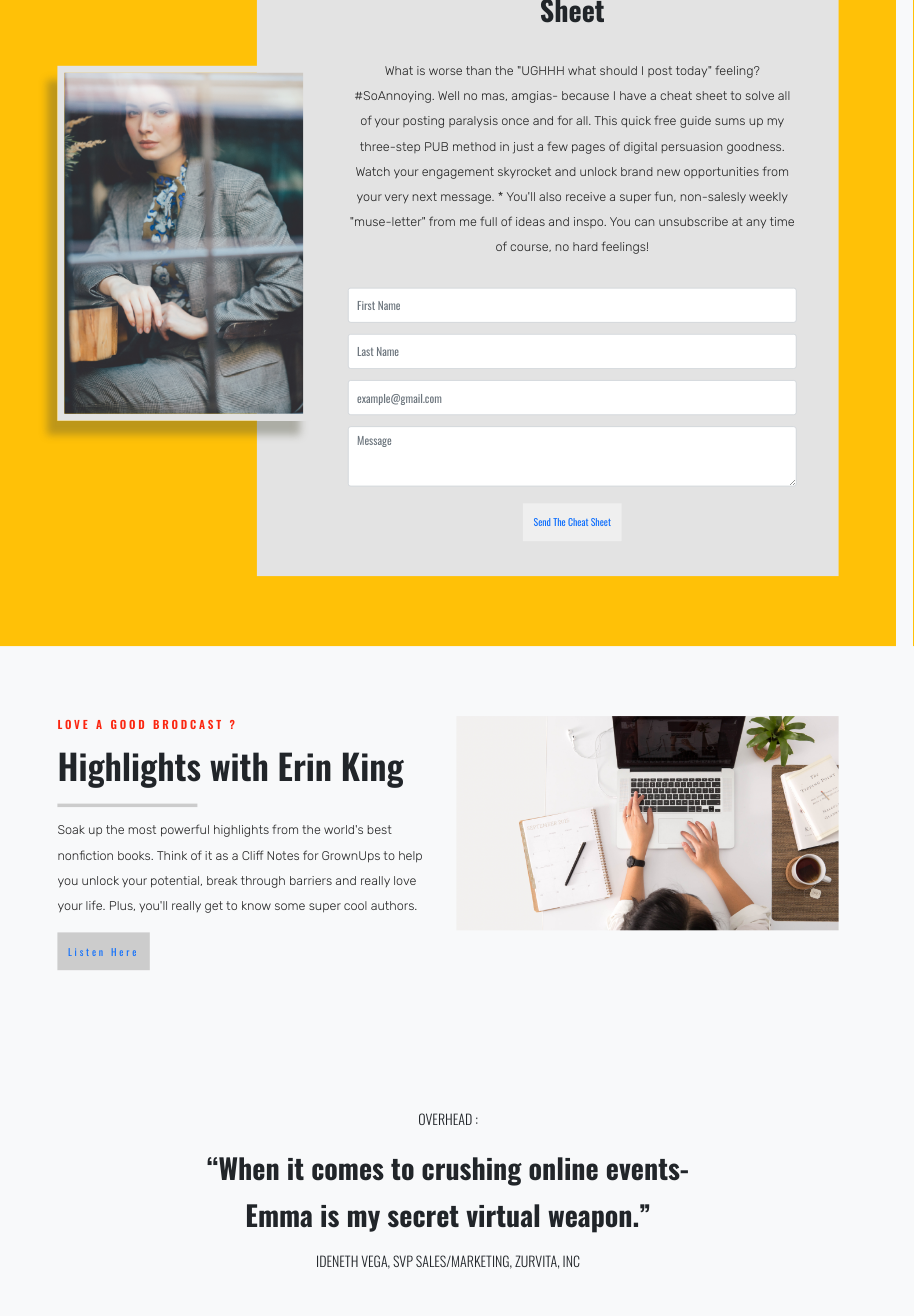
Repository: poroshrahman40/emma-watson-portfolio
Page: index.html
The author's editor kept a copy of each file at every save. The page is drawn from the files as they stood at one save, then again after the next save.
The browser window is 1280 px wide. The page is 1305 px wide, so the pictures cover 1305 px, including what lies to the right of the window. The pictures show the part of the page from y = 4620 to 6500 px (the page is 6536 px tall before and 6553 px after), at 70% of full size.
Some web fonts or font styles are not loaded; a fallback is used.

Above is the page before, as saved 2021-12-08 02:12:01.

### index.html

<!DOCTYPE html>
<html lang="en">
    <head>

        <meta charset="UTF-8">
        <meta name="viewport" content="width=device-width, initial-scale=1, shrink-to-fit=no">
        <title>Document</title>

        <!-- favicon -->
        <link rel="shortcut icon" type="image/hair-specialist-fav-icon" href="#">
        <!-- animate.min - css -->
        <link rel="stylesheet" href="assets/css/animate.css">
        <!-- animate - css -->
        <link rel="stylesheet" href="assets/css/animate.min.css">
        <!-- owl.carousel.min - css -->
        <link rel="stylesheet" href="assets/css/owl.carousel.min.css">
        <!-- owl.theme.default.min - css -->
        <link rel="stylesheet" href="assets/css/owl.theme.default.min.css">
        <!-- font-awesome all.css -->
        <link rel="stylesheet" href="assets/css/fontawesome-all.css">
        <!-- boxicons.css -->
        <link rel='stylesheet' href="assets/css/boxicons.min.css">
        <link href='https://unpkg.com/boxicons@2.1.1/css/boxicons.min.css' rel='stylesheet'>
        <!-- bootstrap.min - css -->
        <link rel="stylesheet" href="assets/css/bootstrap.min.css">
        <!-- silk-css -->
        <link rel="stylesheet" href="assets/css/slick.css">
        <!-- slick-theme.css -->
        <link rel="stylesheet" href="assets/css/slick-theme.css">
        <!-- main - css -->
        <link rel="stylesheet" href="assets/css/style.css">
        <!-- responsive - css -->
        <link rel="stylesheet" href="assets/css/responsive.css">

    </head>

    <body>
    <!-- preloader start -->
    <!-- <div id="preloader"></div> -->
    <!-- preloader end -->

    <!-- header -start
    ================================== -->
    <header class="ew-main">
        <div class="ew__main__content">
            <div class="ew__nav">
                <div class="ew__logo__div">
                    <a href="https://ow-en.com" title="" class="nav__link ew__snlogo">
                    <img class="logo w-100" src="assets/image/logo-gif.gif" alt="logo-not-found"></a>
                </div>
                <div class="container">
                    <div class="mobile__toggle" ontouchstart="">
                        <div class="mobile__toggle__container">
                            <div class="mobile__open">
                            </div>
                            <div class="mobile__close"></div>
                        </div>
                    </div>
                    <div id="mob__menu" class="nav__mobile__container nav__mobile__container__default">
                        <div class="container-fluid">
                            <div class="row center">
                                <div class="col col__sm">
                                    <ul class="nav__list">
                                        <li class="nav__list-1">
                                            <a class="nav__link nav__link__selected nav__list__link" href="#">Home</a>
                                        </li>
                                        <li class="nav__list-2">
                                            <a class="nav__link nav__list__link" href="#">Books</a>
                                        </li>
                                        <li class="nav__list-3">
                                            <a class="nav__link nav__list__link" href="#">Info.</a>
                                        </li>
                                        <li class="nav__list-4">
                                            <a class="nav__link nav__list__link" href="#">Course</a>
                                            <!-- nav__link__selected -->
                                        </li>
                                    </ul>
                                </div>
                                <div class="col col__sm">
                                    <ul class="nav__list nav__list__rightaligned">
                                        <li class="nav__list-5">
                                            <a class="nav__link nav__list__link" href="#">Keyword</a>
                                        </li>
                                        <li class="nav__list-6">
                                            <a class="nav__link nav__list__link" href="#">Brodcast</a>
                                        </li>
                                        <li class="nav__list-7">
                                            <a class="nav__link nav__list__link" href="#">Contact</a>
                                        </li>
                                        <li class="nav__list-8">
                                            <a class="nav__link nav__list__link" href="#">Blog</a>
                                        </li>
                                    </ul>
                                </div>
                            </div>
                        </div>
                    </div>
                </div>
            </div>
            <!-- <div class="content">
                <h1>A very simple responsive menu with the logo in the middle</h1>
              <h2>Feel free to use this menu however you'd like. No need to give credit. However, please <strong><a href="https://ow-en.com">consider hiring me :)</strong></h2>
            </div> -->
        </div>
    </header>
    <!-- Banner section - start
    ================================ -->


        <div id="ew-banner" class="ew-banner">
            <div class="container">
                <div class="row">
                    <div class="col-lg-12 offset-1">
                        <div class="ew-hero-image">
                            <img src="assets/image/hero-image.png" alt="hero-image">
                        </div>
                        <div class="ew-hero-right-content">
                            <span> Hey,There</span>
                            <h4>Lorem ipsum, dolor sit amet consectetur adipisicing elit. Similique, aut.</h4>
                            <div class="ew-link d-flex mt-4">
                                <i class='bx bx-link fa-2x me-2'></i><a href="#"><p>See my motivational speach.You're Kind of a Big Deal: Level Up by Unlocking Your Audacity.</p></a>
                            </div>
                            <div class="ew-link d-flex">
                                <i class='bx bx-link fa-2x me-2'></i><a href="#"><p>See my motivational speach.You're Kind of a Big Deal: Level Up by Unlocking Your Audacity.</p></a>
                            </div>
                            <div class="ew-link d-flex mb-4">
                                <i class='bx bx-link fa-2x me-2'></i><a href="#"><p>See my motivational speach.You're Kind of a Big Deal: Level Up by Unlocking Your Audacity.</p></a>
                            </div>
                            <div class="ew-hero-right-btn">
                                <a href="#">See More About Me</a>
                            </div>
                        </div>
                    </div>
                </div>
            </div>
        </div>


<!-- Banner section - End
================================ -->

<!-- virtual-presentations - start
======================================== -->
    <section id="ew-virtual-presentation">
        <div class="container-fuild">
            <div class="row">
                <div class="col-lg-12 text-center">
                    <div class="ew-vairtul-content">
                        <h2 class="mb-40">Live and Virtual Presentations <br> That Rock </h2>
                        <p class="">Whether we're talking about the pulsing energy of a packed convention center or a virtual gathering, Erin will delight and wow your attendees with one of her two signature keynotes:&nbsp;<br><br>SALES/LEADERSHIP: Digital Persuasion- Ignite Your Influence&nbsp;<br>SUCCESS MINDSET: Big Deal Energy- Unlock Your Audacity&nbsp;<br><br>Both high-energy, motivational and story-packed with a clear takeaway method to be applied for immediate impact and tangible results.&nbsp;<br></p>
                        <div class="ew-virtual-btn mb-4">
                            <button><a href="#">View Emma's Fun Sizzel Reel</a></button>
                        </div>
                        <div class="ew-virtual-btn">
                            <button><a href="#">View Emma watson's RAW just The steak Speaking Reel</a></button>
                        </div>

                    </div>
                </div>
            </div>
        </div>
    </section>

<!-- virtual-presentations - End
========================================== -->

<!-- virtual keynotes - start
======================================== -->

<section id="ew-virtual-keynotes">
    <div class="container">
        <div class="row">
            <div class="col-lg-6">
                <div class="ew-virtual-vedio">
                    <img src="assets/image/keynotes-image.png" alt="keynotes-image">
                    <div class="keynotes-overlay ew-icon-position">
                        <a href="#"><i class='bx bx-play fa-2x' style='color:#e0e0e0'></i></a>
                    </div>
                </div>
            </div>
            <div class="col-lg-6 d-flex align-items-center">
                <div class="ew-keynotes-content ew-cm-span">
                    <span>Lorem ipsum dolor sit amet</span>
                    <h1>Lorem ipsum dolor sit amet consectetur Lorem ipsum dolor sit amet consectetur.</h1>
                    <p>Whether we're talking about your executive leadership team, your sales force, your internal marketing mavens or your entire organization- let's energize and inspire them to show up big. Because, let's be real, we all need to up our game these days to not just survive, but THRIVE.</p>
                    <button class="ew-keynotes-btn">
                        <a href="#">Describe More Now</a>
                    </button>
                </div>
            </div>
        </div>
    </div>
</section>

<!-- virtual keynotes - End
======================================== -->

<!-- Treat yourself - Start
======================================= -->
<section id="ew-treat-yourself">
    <div class="container">
        <div class="ew-img-row">
            <div class="row">
                <div class="col-lg-4 col-md-4 col-sm-12">
                    <img src="assets/image/treat-yourself.png" alt="treat-image">
                </div>
                <div class="col-lg-4 col-md-4 col-sm-12">
                    <img src="assets/image/treat-yourself-2.png" alt="treat-image">
                </div>
                <div class="col-lg-4 col-md-4 col-sm-12">
                    <img src="assets/image/treat-yourself-3.png" alt="treat-image">
                </div>
            </div>
        </div>
    </div>
    <div class="container-fuild">
        <div class="ew-treat-content">
            <div class="row">
                <div class="col-lg-12 text-center">
                    <div class="ew-treat-details">
                        <span>Lorem ipsum dolor sit amet consectetur <br> adipisicing elit. Nulla.</span>
                        <h1 class="mb-40">YES, TAKE ME FOR A SPA DAY <br> Treat Yourself to The Social Media Spa</h1>
                        <p class="se-t sie-spa_4-text st-m-paragraph st-d-paragraph se-rc">If you're a direct seller, entrepreneur or a professional looking to use social media more strategically, get ready to clarify your brand, detox your approach and refresh your messaging for massive impact. Never "not know what to type".If you're a direct seller, entrepreneur or a professional looking to use social media more strategically, get ready to clarify your brand, detox your approach and refresh your messaging for massive impact. Never "not know what to type" <i>ever</i> again.&nbsp;</p>
                        <div class="ew-treat-btn mb-4">
                            <button><a href="#">View Emma's Fun Sizzel Reel</a></button>
                        </div>
                    </div>
                </div>
            </div>
        </div>
    </div>
</section>


<!-- Treat yourself - End
========================================= -->
<!-- Cheat Sheet - start
======================================== -->

<section id="ew-get-cheat-sheet">
    <div class="container">
        <div class="row">
            <div class="col-lg-3 d-flex align-items-center justify-content-end">
                <div class="ew-cheat-sheet-image">
                    <img src="assets/image/cheet-seet-side-image.png" alt="image-not-found">
                </div>
            </div>
            <div class="col-lg-9 text-center">
                <div class="ew-cheat-sheet-card">
                    <div class="ew-offer-title mb-40">
                        <h1>Get Your Free "Perfect Post" Cheat Sheet</h1>
                    </div>
                    <p>What is worse than the "UGHHH what should I post today" feeling? #SoAnnoying. Well no mas, amgias- because I have a cheat sheet to solve all of your posting paralysis once and for all. This quick free guide sums up my three-step PUB method in just a few pages of digital persuasion goodness.
Watch your engagement skyrocket and unlock brand new opportunities from your very next message.
* You'll also receive a super fun, non-salesly weekly "muse-letter" from me full of ideas and inspo. You can unsubscribe at any time of course, no hard feelings! </p>

                    <div class="ew-cheet-seet-form text-start mt-40">
                        <div class="mb-3">
                            <!-- <label for="exampleFormControlInput1" class="form-label">First Name</label> -->
                            <input type="name" class="form-control" id="exampleFormControlInput1" placeholder="First Name">
                        </div>
                        <div class="mb-3">
                            <!-- <label for="exampleFormControlInput1" class="form-label">Last Name</label> -->
                            <input type="name" class="form-control" id="exampleFormControlInput1" placeholder="Last Name">
                        </div>
                        <div class="mb-3">
                            <!-- <label for="exampleFormControlInput1" class="form-label">Last Name</label> -->
                            <input type="email" class="form-control" id="exampleFormControlInput1" placeholder="example@gmail.com">
                        </div>
                        <div class="mb-3">
                            <!-- <label for="exampleFormControlTextarea1" class="form-label">Example textarea</label> -->
                            <textarea type="text" class="form-control" id="exampleFormControlTextarea1" placeholder="Message" rows="3"></textarea>
                        </div>
                        <div class="mt-4 text-center">
                            <button class="ew-cheat-sheet-btn">
                                <a href="#">Send The Cheat Sheet</a>
                            </button>
                        </div>
                    </div>
                </div>
            </div>
        </div>
    </div>

</section>

<!-- Cheat Sheet - end
======================================== -->
<!-- Good Podcast - Start
====================================== -->
<section>
    <div class="container">
        <div class="row">
            <div class="col-lg-6 col-md-6 col-sm-12">
                <div class="ew-podcast-content ew-cm-span">
                    <span>Love a good Brodcast ?</span>
                    <h1>Highlights with Erin King</h1>
                    <p>Soak up the most powerful highlights from the world's best nonfiction books. Think of it as a Cliff Notes for GrownUps to help you unlock your potential, break through barriers and really love your life. Plus, you'll really get to know some super cool authors. </p>
                </div>
                <button class="ew-podcast-btn">
                    <a href="#">Listen Here</a>
                </button>
            </div>
            <div class="col-lg-6 col-md-6 col-sm-12">
                <img src="assets/image/highlight-image.png" alt="highlight-image">
            </div>
        </div>
    </div>
</section>


<!-- Good Podcast - End
====================================== -->

<!-- Simple quotes - Start
====================================== -->
<section id="ew-quotes">
    <div class="container">
        <div class="col-lg-12">
            <div class="ew-quotes-items text-center justify-content-center">
                <span>overhead :</span>
                <h1>“When it comes to crushing online events-
                    Emma is my secret virtual weapon.”</h1>
                <span>IDENETH VEGA, SVP SALES/MARKETING, ZURVITA, INC</span>
            </div>
        </div>
    </div>
</section>

<!-- Simple quotes - End
====================================== -->

    <!-- footer section - Start
    ============================== -->




    <!-- Footer section - End
    ============================= -->



    <!-- jquery-3.5.0.min - js -->
    <script src="assets/js/jquery-3.5.0.min.js"></script>
    <!-- .magnific-popup -->
    <script src="assets/js/jquery.magnific-popup.min.js"></script>
    <!-- bootstrap.min - js -->
    <script src="assets/js/bootstrap.min.js"></script>
    <!-- bootstrap - bundle min.js -->
    <script src="assets/js/bootstrap.bundle.min.js"></script>
    <!-- bootstrap - bundl.js -->
    <script src="assets/js/bootstrap.bundle.js"></script>
    <!-- boxicons - js -->
    <script src="assets/js/boxicons.js"></script>
    <!-- popper.min - js -->
    <script src="assets/js/popper.min.js"></script>
    <!-- owl.carousel.min - js -->
    <script src="assets/js/owl.carousel.min.js"></script>
    <!-- wow.min - js -->
    <script src="assets/js/wow.min.js"></script>
    <!-- silk - js -->
    <script src="assets/js/slick.min.js"></script>
    <!-- main - js -->
    <script src="assets/js/main.js"></script>

</body>
</html>

Loaded but not shown: assets/css/animate.css (library); assets/css/animate.min.css (library); assets/css/owl.carousel.min.css (library); assets/css/owl.theme.default.min.css (common file); assets/css/fontawesome-all.css (library); assets/css/bootstrap.min.css (library); assets/css/slick.css (common file); assets/css/slick-theme.css (library); assets/js/jquery-3.5.0.min.js (library); assets/js/jquery.magnific-popup.min.js (library); assets/js/bootstrap.min.js (library); assets/js/bootstrap.bundle.min.js (library); assets/js/bootstrap.bundle.js (library); assets/js/popper.min.js (library); assets/js/owl.carousel.min.js (library); assets/js/wow.min.js (library); assets/js/slick.min.js (library); assets/js/main.js (14 lines, source omitted); assets/css/responsive.css (904 lines, source omitted); assets/css/style.css (693 lines, source omitted)

After the next save:
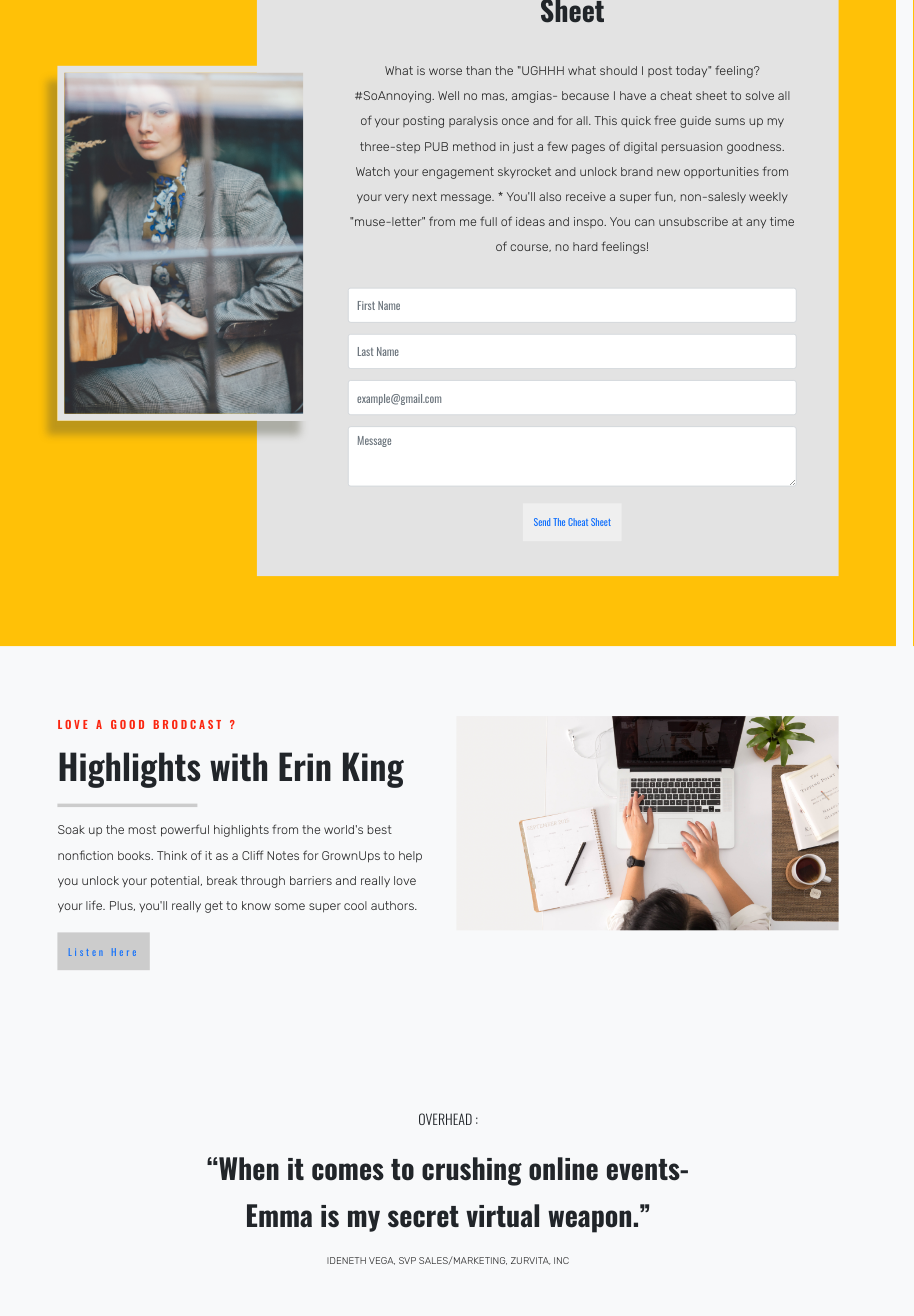
Saved 18 s later.
--- a/index.html
+++ b/index.html
@@ -322,7 +322,7 @@ Watch your engagement skyrocket and unlock brand new opportunities from your ver
                 <span>overhead :</span>
                 <h1>“When it comes to crushing online events-
                     Emma is my secret virtual weapon.”</h1>
-                <span>IDENETH VEGA, SVP SALES/MARKETING, ZURVITA, INC</span>
+                <p>IDENETH VEGA, SVP SALES/MARKETING, ZURVITA, INC</p>
             </div>
         </div>
     </div>
